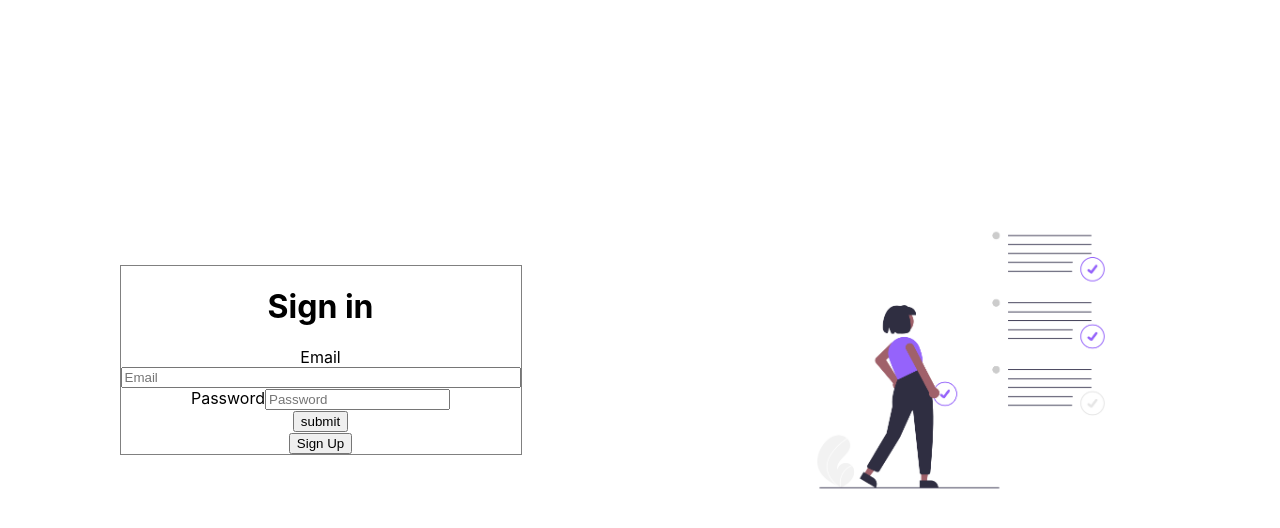
Repository: EEOOOO/wanted-pre-onboarding-fe
Page: / (app in to-do-list-app/)
An editor plug-in stored every save of this project. The page is shown before and after the next save, followed by the edit.
The browser window is 1280 px wide. The pictures show the whole page.
The project was rebuilt for these pictures with package versions that can differ from the ones it lists, and the page was loaded fresh each time. Also part of the build but not shown: to-do-list-app/src/components/sign_in/sign_in.module.css, to-do-list-app/src/components/sign_up/sign_up.module.css, to-do-list-app/src/components/sign_up/sign_up.jsx, to-do-list-app/src/components/todoList/todo_list.jsx.

Above is the page before, as saved 2022-08-22 00:03:02.

### to-do-list-app/public/index.html
<!DOCTYPE html>
<html lang="en">
  <head>
    <meta charset="utf-8" />
    <link rel="icon" href="%PUBLIC_URL%/logo.png" />
    <meta name="viewport" content="width=device-width, initial-scale=1" />
    <meta name="theme-color" content="#000000" />
    <meta
      name="description"
      content="Web site created using create-react-app"
    />
    <link rel="apple-touch-icon" href="%PUBLIC_URL%/logo.png" />
    <link rel="manifest" href="%PUBLIC_URL%/manifest.json" />
    <title>Todo List App</title>
  </head>
  <body>
    <div id="root"></div>
  </body>
</html>

### to-do-list-app/src/App.js
import style from './app.module.css';
import { Routes, Route } from 'react-router-dom'
import Login from './components/login/login';
import TodoList from './components/todoList/todo_list';

function App() {
  return <div className={style.App}>
    <Routes>
      <Route path="/" element={<Login/>}></Route>
      <Route path="todo" element={<TodoList/>}></Route>
    </Routes>
  </div>
}

export default App;

### to-do-list-app/src/components/login/login.jsx
import React, { useState } from 'react';
import SignIn from '../sign_in/sign_in';
import SignUp from '../sign_up/sign_up';
import style from '../login/login.module.css';
import loginImage from '../login/login_img.png';

const Login = (props) => {
    const goTosignUp = () => {
        setViewableScreen(<SignUp/>)
    }
    const signIn = <SignIn goToSignUp={goTosignUp}/>
    let [viewableScreen, setViewableScreen] = useState(signIn);
    return (
        <div className={style.login}>
            <div className={style.inputContainer}>{viewableScreen}</div>
            <img src={loginImage} className={style.coverImage}/>
        </div>
    )
}

export default Login;

### to-do-list-app/src/components/sign_in/sign_in.jsx
import React from 'react';
import LoginInputForm from '../login_input_form/login_input_form';
import style from '../sign_in/sign_in.module.css'

const SignIn = ({goToSignUp}) => {
    const handleSignInSubmit = (event) => {
        //event.preventDefault();
        console.log(event);
    }
    return(
        <div className={style.signIn}>
            <h1>Sign in</h1>
            <LoginInputForm handleSubmit={handleSignInSubmit}/>
            <button className={style.signUp} onClick={goToSignUp}>Sign Up</button>
        </div>
    )
}

export default SignIn;

### to-do-list-app/src/components/login/login.module.css
.login {
  display: flex;
  height: 100vh;
  justify-content: space-around;
  align-items: center;
}
.inputContainer {
  width: 50%;
  border: 1px solid gray;
  min-width: 235px;
  max-width: 400px;
}
.coverImage {
  width: 50%;
  min-width: 235px;
  max-width: 400px;
}

### to-do-list-app/src/components/login_input_form/login_input_form.jsx
import React from 'react';
import style from '../login_input_form/login_input_form.module.css';
const LoginInputForm = ({handleSubmit}) => {
    return (
    <form className={style.inputForm} onSubmit={handleSubmit}>
        <div className={style.email}>
            <label className={style.titleEmail}>Email </label>
                <input
                type="text"
                className={style.inputEmail}
                placeholder='Email'></input>
        </div>
        <div className={style.password}>
            <label className={style.titlePassword}>Password
                <input
                type="text"
                className={style.inputPassWord}
                placeholder='Password'></input>
            </label>
        </div>
        <button type="submit" className={style.submitButton}>submit</button>
    </form>
    );
};

export default LoginInputForm;

### to-do-list-app/src/components/login_input_form/login_input_form.module.css
.email,
.password {
  display: flex;
  flex-direction: column;
}

Loaded but not shown: to-do-list-app/src/index.js (common file); to-do-list-app/src/index.css (common file); to-do-list-app/src/reportWebVitals.js (common file); to-do-list-app/src/app.module.css (common file); to-do-list-app/src/components/sign_in/sign_in.module.css (no copy from this time; the picture is the same without it)

After the next save:
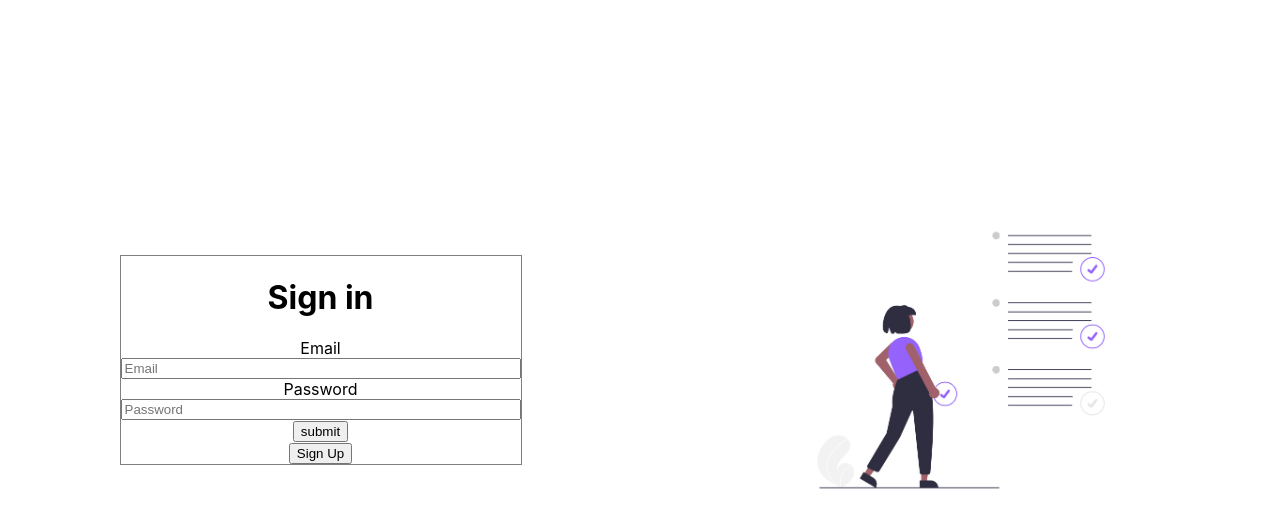
Saved 25 s later.
--- a/to-do-list-app/src/components/login_input_form/login_input_form.jsx
+++ b/to-do-list-app/src/components/login_input_form/login_input_form.jsx
@@ -4,19 +4,18 @@ const LoginInputForm = ({handleSubmit}) => {
     return (
     <form className={style.inputForm} onSubmit={handleSubmit}>
         <div className={style.email}>
-            <label className={style.titleEmail}>Email </label>
-                <input
-                type="text"
-                className={style.inputEmail}
-                placeholder='Email'></input>
+            <label className={style.titleEmail}>Email</label>
+            <input
+            type="text"
+            className={style.inputEmail}
+            placeholder='Email'></input>
         </div>
         <div className={style.password}>
-            <label className={style.titlePassword}>Password
-                <input
-                type="text"
-                className={style.inputPassWord}
-                placeholder='Password'></input>
-            </label>
+            <label className={style.titlePassword}>Password</label>
+            <input
+            type="text"
+            className={style.inputPassWord}
+            placeholder='Password'></input>
         </div>
         <button type="submit" className={style.submitButton}>submit</button>
     </form>
